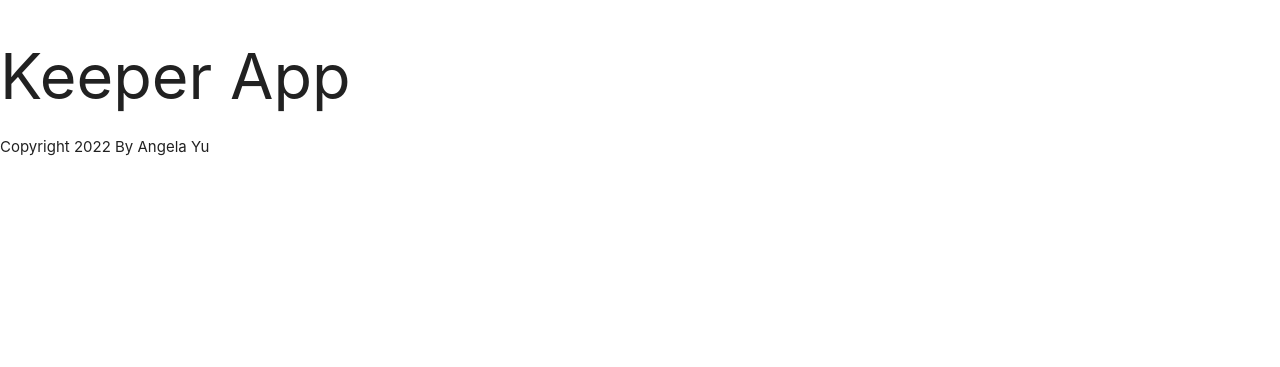
Repository: DESTINYAS/keeper-app
Page: /
The author's editor kept a copy of each file at every save. The page is drawn from the files as they stood at one save, then again after the next save.
The browser window is 1280 px wide. The pictures show the whole page.
The project was rebuilt for these pictures with package versions that can differ from the ones it lists, and the page was loaded fresh each time.

Above is the page before, as saved 2022-12-07 21:11:32.

### public/index.html
<!DOCTYPE html>
<html lang="en">
  <head>
    <meta charset="utf-8" />
    <link rel="icon" href="%PUBLIC_URL%/favicon.ico" />
    <meta name="viewport" content="width=device-width, initial-scale=1" />
    <meta name="theme-color" content="#000000" />
    <meta
      name="description"
      content="Web site created using create-react-app"
    />
    <link rel="apple-touch-icon" href="%PUBLIC_URL%/logo192.png" />
    <!--
      manifest.json provides metadata used when your web app is installed on a
      user's mobile device or desktop. See https://developers.google.com/web/fundamentals/web-app-manifest/
    -->
    <link rel="manifest" href="%PUBLIC_URL%/manifest.json" />
    <!--
      Notice the use of %PUBLIC_URL% in the tags above.
      It will be replaced with the URL of the `public` folder during the build.
      Only files inside the `public` folder can be referenced from the HTML.

      Unlike "/favicon.ico" or "favicon.ico", "%PUBLIC_URL%/favicon.ico" will
      work correctly both with client-side routing and a non-root public URL.
      Learn how to configure a non-root public URL by running `npm run build`.
    -->

    <!-- Compiled and minified CSS -->
    <link
      rel="stylesheet"
      href="https://cdnjs.cloudflare.com/ajax/libs/materialize/1.0.0/css/materialize.min.css"
    />
    <title>React App</title>
  </head>
  <body>
    <noscript>You need to enable JavaScript to run this app.</noscript>
    <div id="root"></div>
    <!--
      This HTML file is a template.
      If you open it directly in the browser, you will see an empty page.

      You can add webfonts, meta tags, or analytics to this file.
      The build step will place the bundled scripts into the <body> tag.

      To begin the development, run `npm start` or `yarn start`.
      To create a production bundle, use `npm run build` or `yarn build`.
    -->
  </body>
</html>

### src/App.js
import Footer from "./components/Footer";
import Header from "./components/Header";

function App() {
  return (
    <div className="App">
      <Header />
      <Footer />
    </div>
  );
}

export default App;

### src/components/Footer.js
const date = new Date().getFullYear();

const Footer = () => {
  return (
    <div className="footer">
      <p>Copyright {date} By Angela Yu</p>
    </div>
  );
};

export default Footer;

### src/components/Header.js
const Header = () => {
  return (
    <div className="header">
      <h1>Keeper App</h1>
    </div>
  );
};

export default Header;

### src/components/Note.js
const Note = () => {
  return (
    <div className="note">
      <h1>NOTE</h1>
      <p>
        Lorem ipsum dolor, sit amet consectetur adipisicing elit. Quos cum
        similique recusandae totam sapiente delectus enim quisquam qui
        reiciendis doloribus dolores, molestias aperiam incidunt, expedita
        consectetur beatae unde consequatur ut!
      </p>
    </div>
  );
};

export default Note;

Loaded but not shown: src/index.js (common file); src/index.css (common file)

After the next save:
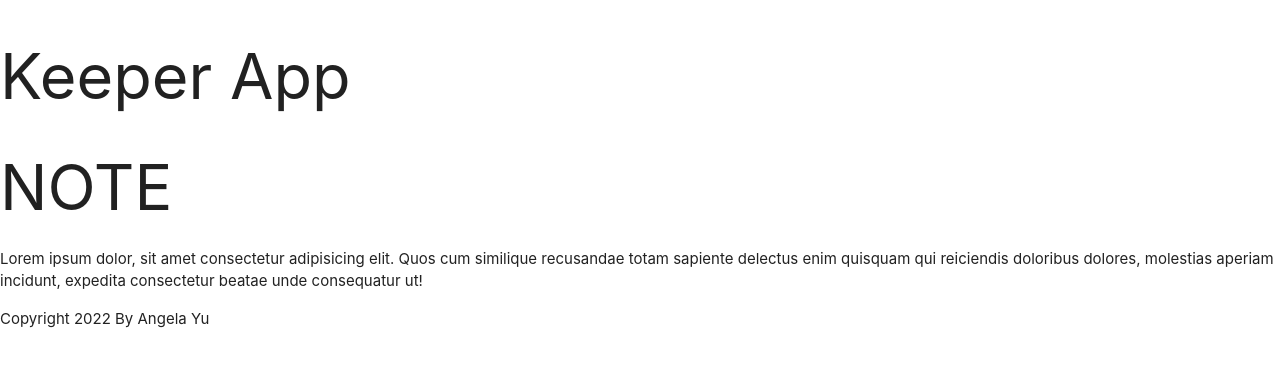
Saved 31 s later.
--- a/src/App.js
+++ b/src/App.js
@@ -1,10 +1,12 @@
 import Footer from "./components/Footer";
 import Header from "./components/Header";
+import Note from "./components/Note";
 
 function App() {
   return (
     <div className="App">
       <Header />
+      <Note />
       <Footer />
     </div>
   );
